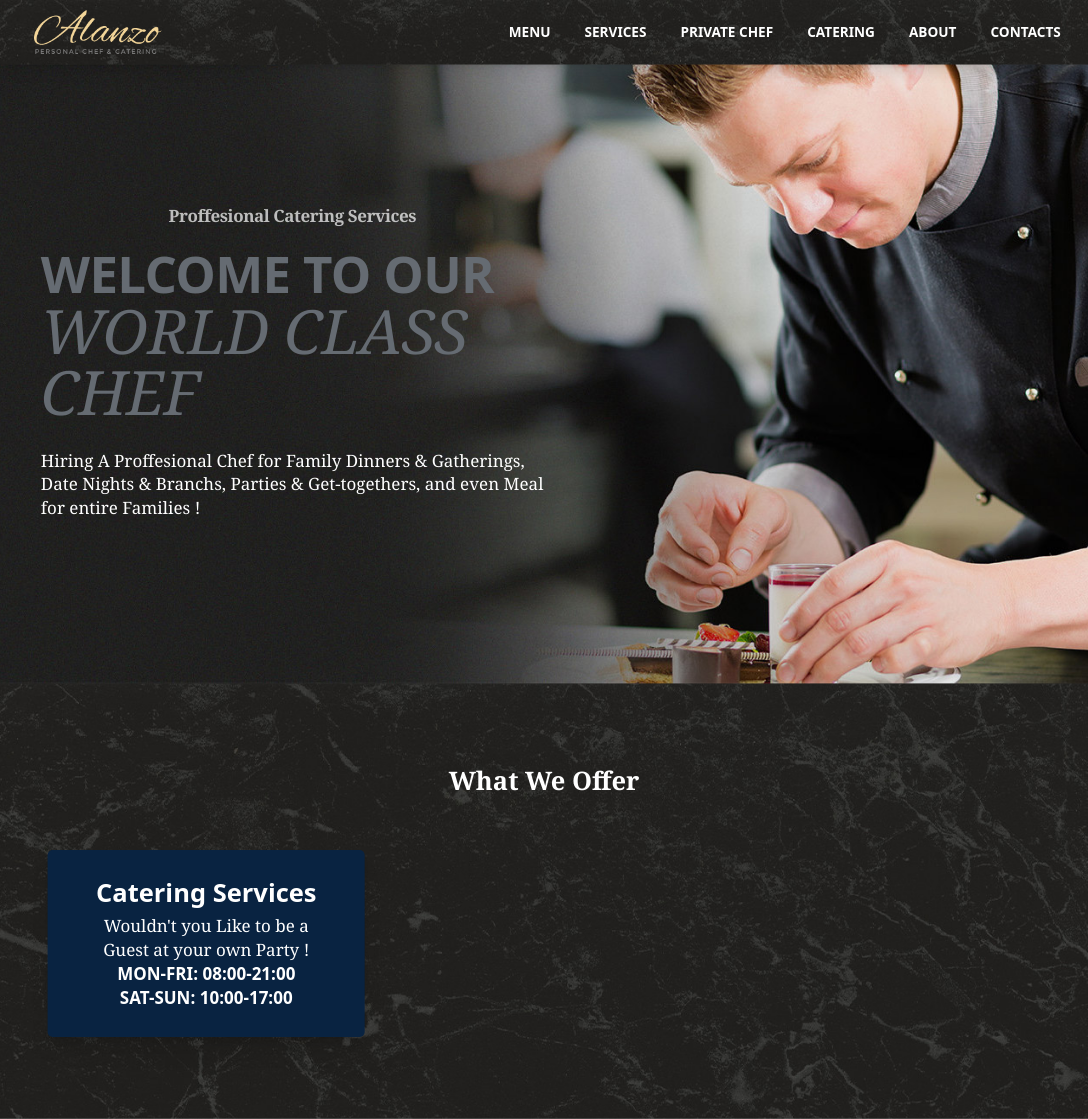
Repository: remydev47/alanzo
Page: /
The author's editor kept a copy of each file at every save. The page is drawn from the files as they stood at one save, then again after the next save.
The browser window is 1280 px wide. The pictures show the whole page, at 85% of full size.
The project was rebuilt for these pictures with package versions that can differ from the ones it lists, and the page was loaded fresh each time. The framework's server and built-in components were replaced by stand-ins that run in the browser. Also part of the build but not shown: next.config.js, components/Aboutus.tsx, components/Consulting.tsx, components/Catering.tsx, components/Menu.tsx, components/Testimonials.tsx, components/CTA.tsx, components/Footer.tsx.

Above is the page before, as saved 2022-12-17 12:09:33.

After the next save:
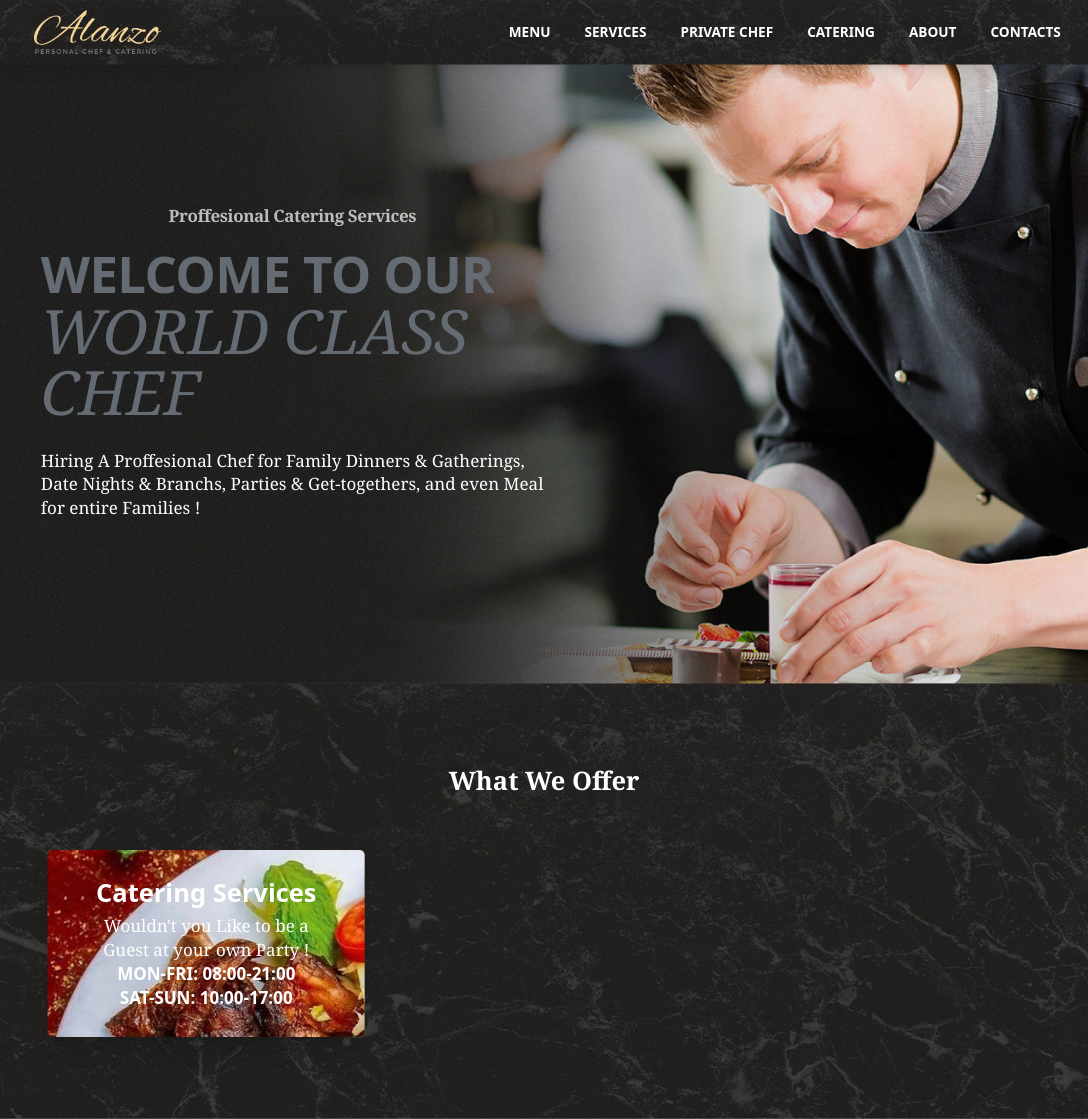
Saved 36 s later.
--- a/components/Services.tsx
+++ b/components/Services.tsx
@@ -11,7 +11,7 @@ const Services = () => {
 
        <div className="grid max-w-md grid-cols-1 gap-6 mx-auto mt-8 text-center lg:max-w-full lg:mt-16 lg:grid-cols-3">
 
-        <div className="overflow-hidden bg-[#092341] shadow-xl border-gray-300 rounded-md">
+        <div className="overflow-hidden bg-[url('/images/bg-3.jpg')] shadow-xl border-gray-300 rounded-md">
           <div className="p-8 xl:px-12 flex flex-col items-center justify-center">
              <div className='flex flex-col'>
                <h1 className='text-3xl font-semibold text-white'>Catering Services</h1>
